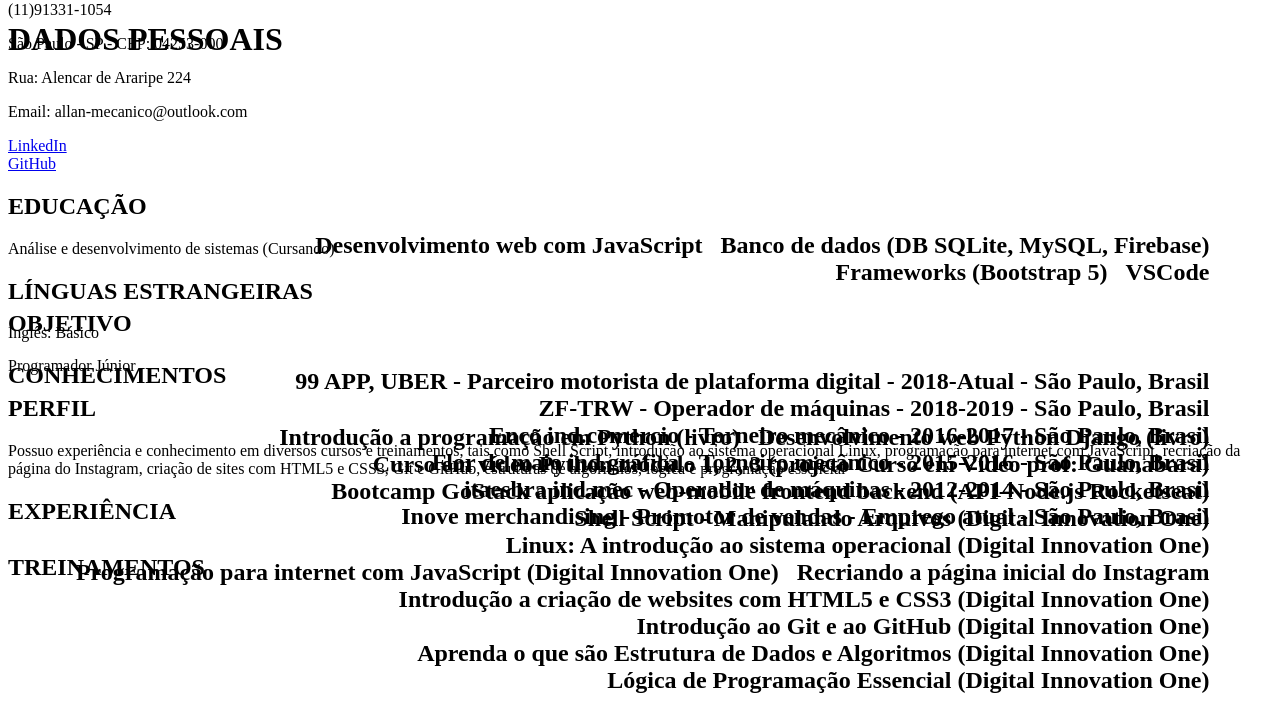
Repository: alfredo-allan/Portfolio
Page: curriculo.html
An editor plug-in stored every save of this project. The page is shown before and after the next save, followed by the edit.
The browser window is 1280 px wide. The pictures show the whole page.

Above is the page before, as saved 2024-03-20 14:57:45.

After the next save:
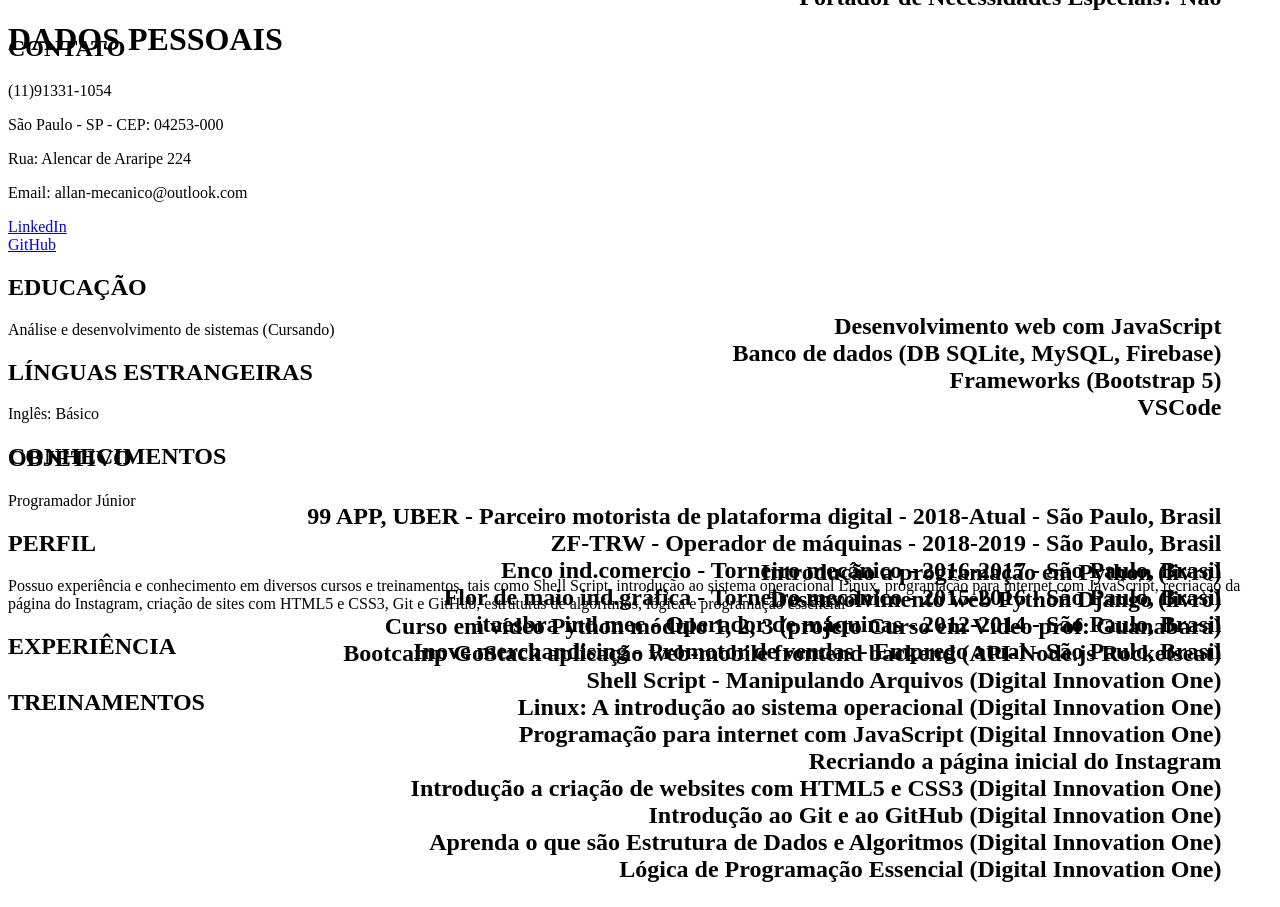
Saved 7 s later.
--- a/src/assets/styles/curriculo.css
+++ b/src/assets/styles/curriculo.css
@@ -9,9 +9,4 @@ ul {
 	margin-right: 4%;
 	text-align: right;
 	list-style: none;
-
-li {
-		margin-right: 12px;
-		display: inline-block;
-	}
 }
